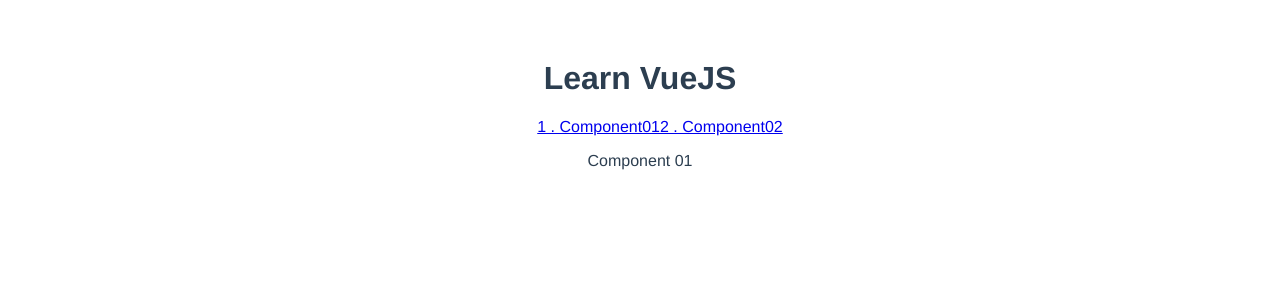
Repository: SWE-VueJS/vue-todo
Page: /#/Component01
The author's editor kept a copy of each file at every save. The page is drawn from the files as they stood at one save, then again after the next save.
The browser window is 1280 px wide. The pictures show the whole page.
The project was rebuilt for these pictures with package versions that can differ from the ones it lists, and the page was loaded fresh each time. Also part of the build but not shown: src/components/Component02.vue.

Above is the page before, as saved 2018-11-01 09:22:53.

After the next save:
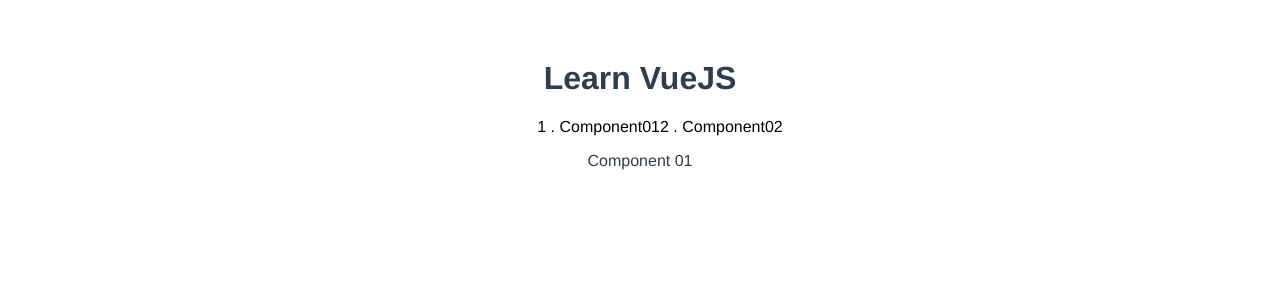
Saved 43 s later.
--- a/src/App.vue
+++ b/src/App.vue
@@ -31,6 +31,10 @@
 </script>
 
 <style>
+a{
+  color: #000;
+  text-decoration: none;
+}
 #app {
   font-family: 'Avenir', Helvetica, Arial, sans-serif;
   -webkit-font-smoothing: antialiased;
